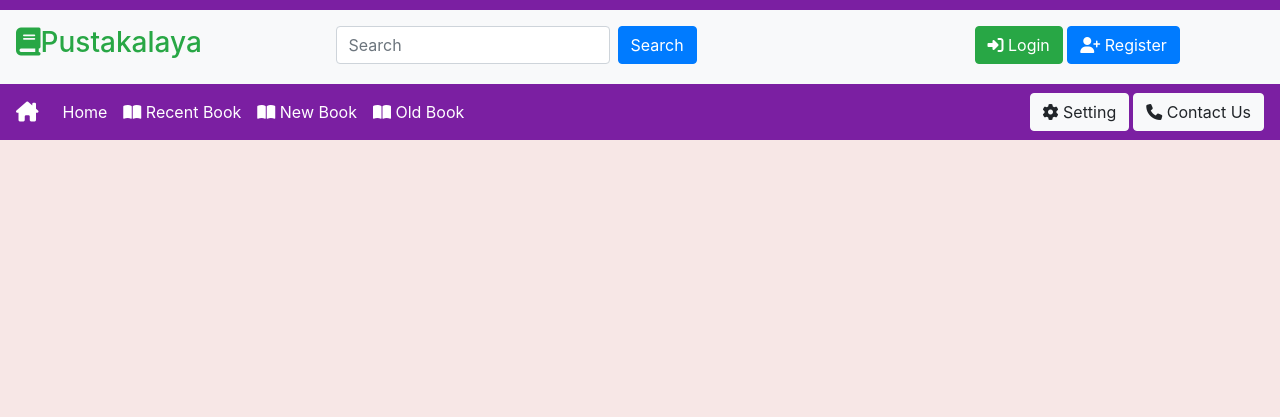
Repository: kalaprabhakar/Pustakalay_Web_Application
Page: http://localhost/E_Book_Management/cart.jsp
These files come from the project's save history. The page is drawn as it stood at one moment and after the next save; the edit follows.
The browser window is 1280 px wide. The pictures show the whole page.
Some web libraries are served in a nearby version. The page is served by Tomcat 10.

Above is the page before, as saved 2024-02-23 02:21:57.

After the next save:
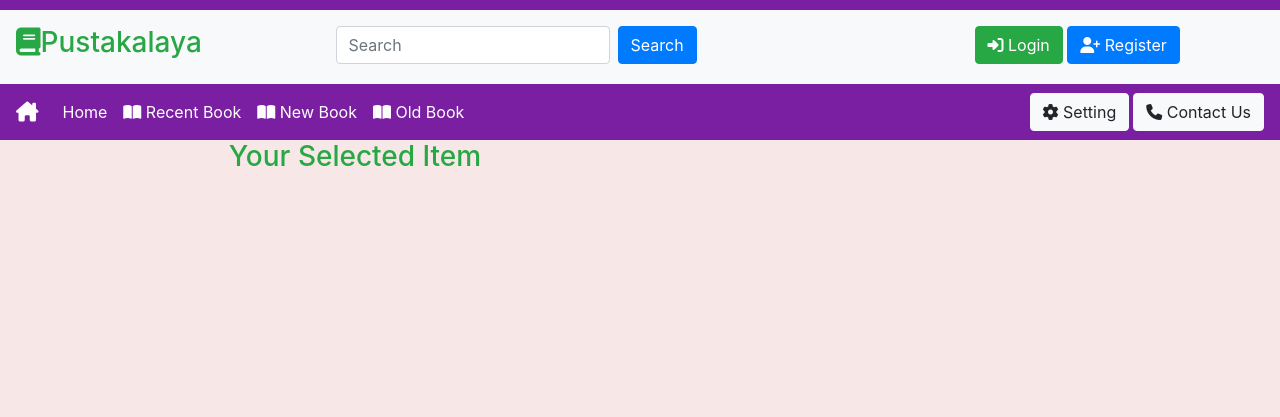
Saved 2 min 26 s later.
--- a/E_Book_Management/src/main/webapp/cart.jsp
+++ b/E_Book_Management/src/main/webapp/cart.jsp
@@ -1,5 +1,5 @@
 <%@ page language="java" contentType="text/html; charset=ISO-8859-1"
-    pageEncoding="ISO-8859-1"%>
+	pageEncoding="ISO-8859-1"%>
 <!DOCTYPE html>
 <html>
 <head>
@@ -8,6 +8,15 @@
 <%@ include file="all_component/allcss.jsp"%>
 </head>
 <body style="background-color: #f7e7e6">
-<%@ include file="all_component/navbar.jsp"%>
+	<%@ include file="all_component/navbar.jsp"%>
+	<div class="container">
+		<div class="row">
+			<div class="col-md-6">
+				<h3 class="text-center text-success">Your Selected Item</h3>
+			</div>
+
+		</div>
+
+	</div>
 </body>
 </html>

After the save that followed:
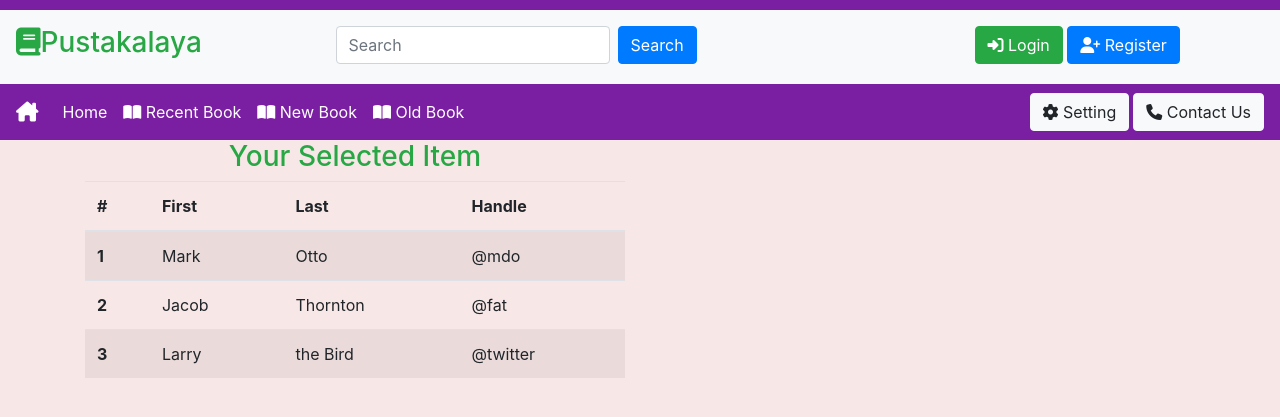
Saved 89 s later.
--- a/E_Book_Management/src/main/webapp/cart.jsp
+++ b/E_Book_Management/src/main/webapp/cart.jsp
@@ -13,6 +13,37 @@
 		<div class="row">
 			<div class="col-md-6">
 				<h3 class="text-center text-success">Your Selected Item</h3>
+
+				<table class="table table-striped">
+  <thead>
+    <tr>
+      <th scope="col">#</th>
+      <th scope="col">First</th>
+      <th scope="col">Last</th>
+      <th scope="col">Handle</th>
+    </tr>
+  </thead>
+  <tbody>
+    <tr>
+      <th scope="row">1</th>
+      <td>Mark</td>
+      <td>Otto</td>
+      <td>@mdo</td>
+    </tr>
+    <tr>
+      <th scope="row">2</th>
+      <td>Jacob</td>
+      <td>Thornton</td>
+      <td>@fat</td>
+    </tr>
+    <tr>
+      <th scope="row">3</th>
+      <td>Larry</td>
+      <td>the Bird</td>
+      <td>@twitter</td>
+    </tr>
+  </tbody>
+</table>
 			</div>
 
 		</div>
